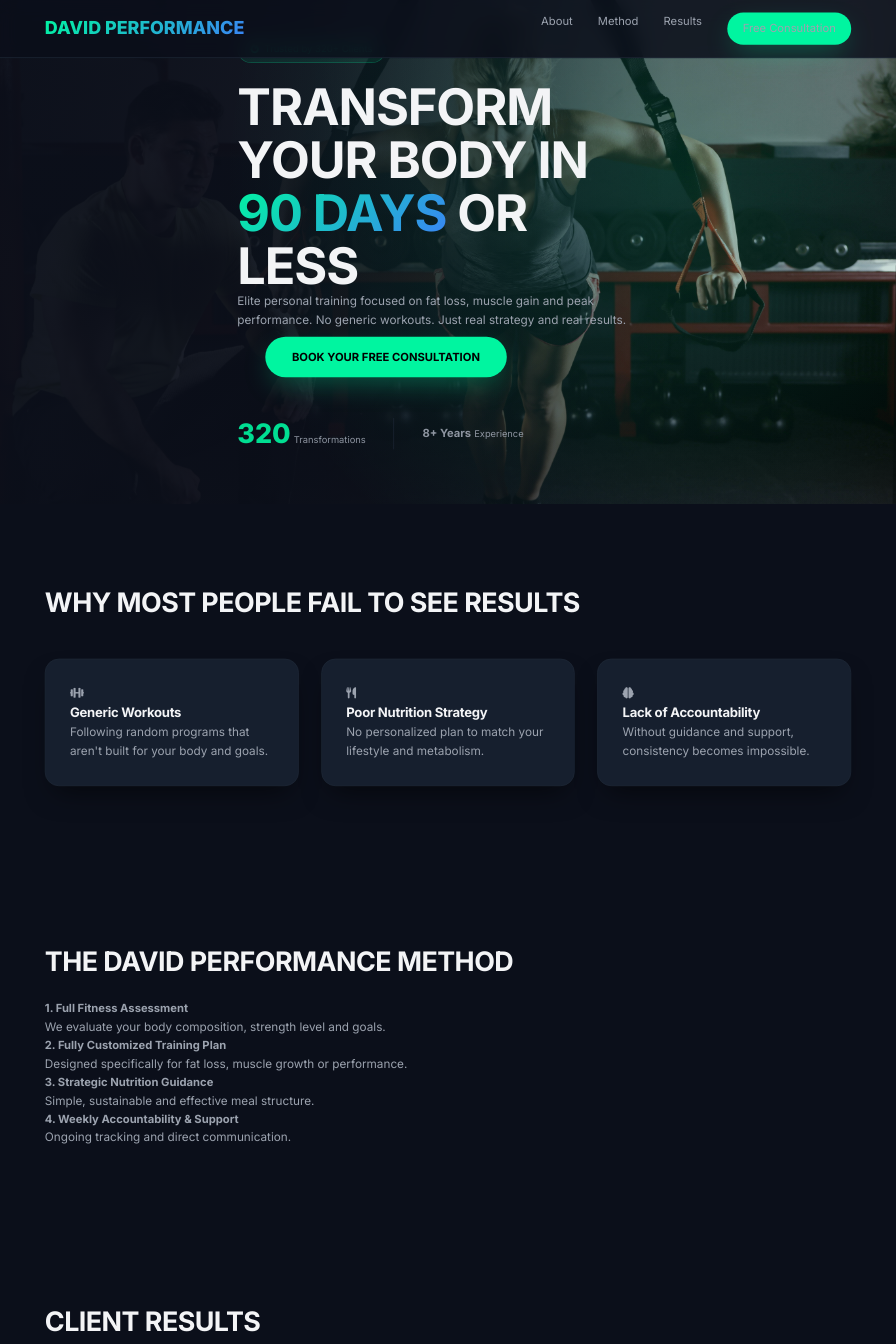
Repository: davidfsillva/Landing-page-pro
Page: index.html
An editor plug-in stored every save of this project. The page is shown before and after the next save, followed by the edit.
The browser window is 1280 px wide. The pictures show the part of the page from y = 0 to 1920 px (the page is 3387 px tall), at 70% of full size.

Above is the page before, as saved 2026-02-25 15:58:53.

### index.html
<!DOCTYPE html>
<html lang="en">
<head>
    <!-- ================= BASIC META ================= -->
    <meta charset="UTF-8">
    <meta name="viewport" content="width=device-width, initial-scale=1.0, maximum-scale=5.0">
    <meta name="robots" content="index, follow">
    <link rel="canonical" href="https://www.davidperformance.com">

    <!-- ================= SEO ================= -->
    <title>David Performance | Elite Personal Trainer</title>
    <meta name="description" content="Elite personal training focused on fat loss, muscle building and peak performance. Customized programs, strategic nutrition and real accountability. Book your free fitness consultation today.">

    <!-- ================= OPEN GRAPH ================= -->
    <meta property="og:title" content="David Performance | Transform Your Body in 90 Days">
    <meta property="og:description" content="Personalized training programs with proven results. Limited spots available.">
    <meta property="og:type" content="website">
    <meta property="og:image" content="https://placehold.co/1200x630/0B1020/00FF99?text=DAVID+PERFORMANCE">
    <meta property="og:url" content="https://www.davidperformance.com">
    <meta name="twitter:card" content="summary_large_image">

    <!-- ================= FONTS ================= -->
    <link rel="preconnect" href="https://fonts.googleapis.com">
    <link href="https://fonts.googleapis.com/css2?family=Inter:wght@300;400;600;700;800&display=swap" rel="stylesheet">

    <!-- Icons -->
    <link rel="stylesheet" href="https://cdnjs.cloudflare.com/ajax/libs/font-awesome/6.0.0-beta3/css/all.min.css">

    <!-- CSS -->
    <link rel="stylesheet" href="style.css">

    <!-- ================= PIXEL / TRACKING ================= -->
    <!-- Add Meta Pixel or Google Tag Manager here -->
</head>

<body>

<header>
    <div class="container header-flex">
        <div class="logo">DAVID PERFORMANCE</div>

        <button class="menu-toggle" id="menuToggle" aria-label="Open Menu">
            <i class="fas fa-bars"></i>
        </button>

        <nav>
            <ul class="nav-menu" id="navMenu">
                <li><a href="#about">About</a></li>
                <li><a href="#method">Method</a></li>
                <li><a href="#results">Results</a></li>
                <li><a href="#contact" class="btn btn-primary" style="padding:10px 22px;">
                    Free Consultation
                </a></li>
            </ul>
        </nav>
    </div>
</header>

<main>

<!-- ================= HERO ================= -->
<section class="hero-nova" id="home">

    <div class="hero-overlay"></div>

    <div class="container hero-content">

        <div class="hero-badge reveal">
            <i class="fas fa-fire"></i>
            Trusted by 320+ Clients
        </div>

        <h1 class="reveal">
            TRANSFORM YOUR BODY IN
            <span class="gradient-text">90 DAYS</span>
            OR LESS
        </h1>

        <p class="reveal">
            Elite personal training focused on fat loss, muscle gain and peak performance.
            No generic workouts. Just real strategy and real results.
        </p>

        <div class="hero-cta reveal">
            <a href="#contact" class="btn btn-primary btn-hero">
                BOOK YOUR FREE CONSULTATION
            </a>
        </div>

        <div class="hero-proof reveal">
            <div class="proof-item">
                <span class="counter-number" data-target="320">320</span>
                <small>Transformations</small>
            </div>

            <div class="proof-divider"></div>

            <div class="proof-item">
                <strong>8+ Years</strong>
                <small>Experience</small>
            </div>
        </div>

    </div>

</section>

<!-- ================= ABOUT ================= -->
<section id="about">
    <div class="container">
        <h2 class="reveal">WHY MOST PEOPLE FAIL TO SEE RESULTS</h2>

        <div class="cards-grid">
            <article class="card reveal">
                <i class="fas fa-dumbbell"></i>
                <h3>Generic Workouts</h3>
                <p>Following random programs that aren't built for your body and goals.</p>
            </article>

            <article class="card reveal">
                <i class="fas fa-utensils"></i>
                <h3>Poor Nutrition Strategy</h3>
                <p>No personalized plan to match your lifestyle and metabolism.</p>
            </article>

            <article class="card reveal">
                <i class="fas fa-brain"></i>
                <h3>Lack of Accountability</h3>
                <p>Without guidance and support, consistency becomes impossible.</p>
            </article>
        </div>
    </div>
</section>

<!-- ================= METHOD ================= -->
<section id="method" class="problema">
    <div class="container">
        <h2 class="reveal">THE DAVID PERFORMANCE METHOD</h2>

        <div class="solucao-item reveal">
            <strong>1. Full Fitness Assessment</strong>
            <p>We evaluate your body composition, strength level and goals.</p>
        </div>

        <div class="solucao-item reveal">
            <strong>2. Fully Customized Training Plan</strong>
            <p>Designed specifically for fat loss, muscle growth or performance.</p>
        </div>

        <div class="solucao-item reveal">
            <strong>3. Strategic Nutrition Guidance</strong>
            <p>Simple, sustainable and effective meal structure.</p>
        </div>

        <div class="solucao-item reveal">
            <strong>4. Weekly Accountability & Support</strong>
            <p>Ongoing tracking and direct communication.</p>
        </div>
    </div>
</section>

<!-- ================= RESULTS ================= -->
<section id="results">
    <div class="container">
        <h2 class="reveal">CLIENT RESULTS</h2>

        <div class="depoimentos-grid">

            <div class="depoimento-card reveal">
                <p>"I lost 28 pounds in 4 months and gained confidence I never had before."</p>
                <div class="autor">— Michael R.</div>
            </div>

            <div class="depoimento-card reveal">
                <p>"Best investment I’ve made for my health. Completely transformed my body."</p>
                <div class="autor">— Sarah T.</div>
            </div>

            <div class="depoimento-card reveal">
                <p>"Structured, professional and motivating. Results speak for themselves."</p>
                <div class="autor">— Daniel K.</div>
            </div>

        </div>
    </div>
</section>

<!-- ================= AUTHORITY ================= -->
<section>
    <div class="container">
        <h2 class="reveal">WHY TRAIN WITH ME?</h2>

        <div class="cards-grid">
            <div class="card reveal">
                <h3>Certified Trainer</h3>
                <p>Professional certification and proven methodology.</p>
            </div>

            <div class="card reveal">
                <h3>Data-Driven Approach</h3>
                <p>Training decisions based on performance metrics.</p>
            </div>

            <div class="card reveal">
                <h3>Real Accountability</h3>
                <p>You won’t do this alone. Structured follow-up every week.</p>
            </div>
        </div>
    </div>
</section>

<!-- ================= CONTACT / CTA ================= -->
<section id="contact" class="cta-final">
    <div class="container">
        <h2 class="reveal">BOOK YOUR FREE FITNESS CONSULTATION</h2>

        <p class="reveal">
            Limited availability each week for personalized coaching.
        </p>

        <form id="leadForm" class="cta-form reveal" novalidate>
            <input type="text" id="name" placeholder="Full Name" required>
            <input type="email" id="email" placeholder="Email Address" required>
            <input type="tel" id="phone" placeholder="Phone Number" required>

            <button type="submit" class="btn btn-primary">
                SCHEDULE MY CONSULTATION
            </button>

            <div id="formFeedback"></div>
        </form>
    </div>
</section>

</main>

<footer>
    <div class="container footer-grid">

        <div>
            <div class="logo" style="-webkit-text-fill-color:white;">DAVID PERFORMANCE</div>
            <p style="margin:16px 0;">
                Elite coaching for serious results.
            </p>
        </div>

        <div>
            <h4>Navigation</h4>
            <a href="#about">About</a>
            <a href="#method">Method</a>
            <a href="#results">Results</a>
        </div>

        <div>
            <h4>Legal</h4>
            <a href="#">Privacy Policy</a>
            <a href="#">Terms of Service</a>
        </div>

        <div>
            <h4>Contact</h4>
            <a href="#"><i class="fab fa-instagram"></i> @davidperformance</a>
            <a href="#"><i class="fab fa-whatsapp"></i> +1 (555) 123-4567</a>
        </div>

    </div>

    <div style="text-align:center; margin-top:40px; color:#4A5578;">
        © 2026 David Performance. All rights reserved.
    </div>
</footer>

<script src="script.js" defer></script>

</body>
</html>

### style.css
/* =======================================================
   RESET
======================================================= */
*,
*::before,
*::after {
    margin: 0;
    padding: 0;
    box-sizing: border-box;
}

:root {
    --bg-primary: #0B0F1A;
    --bg-secondary: #111827;
    --bg-card: #161F2E;

    --text-light: #F3F4F6;
    --text-dim: #9CA3AF;

    --accent-primary: #00F5A0;
    --accent-secondary: #3B82F6;
    --accent-glow: rgba(0,245,160,0.35);

    --border-color: #1F2937;

    --radius: 20px;
    --radius-lg: 28px;

    --shadow-card: 0 20px 40px -15px rgba(0,0,0,0.6);
    --shadow-strong: 0 25px 60px -20px rgba(0,245,160,0.25);

    --transition: all .35s cubic-bezier(.2,.8,.2,1);

    --font: 'Inter', sans-serif;
}

html { scroll-behavior: smooth; }

body {
    font-family: var(--font);
    background: var(--bg-primary);
    color: var(--text-dim);
    line-height: 1.6;
    -webkit-font-smoothing: antialiased;
}

/* =======================================================
   TYPOGRAPHY
======================================================= */
h1, h2, h3, h4 {
    color: var(--text-light);
    font-weight: 700;
    letter-spacing: -0.02em;
}

h1 {
    font-size: clamp(3rem, 6vw, 4.5rem);
    line-height: 1.05;
    letter-spacing: -1.5px;
}

h2 {
    font-size: clamp(1.8rem, 3vw, 2.5rem);
    margin-bottom: 1.5rem;
}

p { font-size: 1.05rem; }

.gradient-text {
    background: linear-gradient(135deg, var(--accent-primary), var(--accent-secondary));
    -webkit-background-clip: text;
    -webkit-text-fill-color: transparent;
}

/* =======================================================
   LAYOUT
======================================================= */
.container {
    width: 100%;
    max-width: 1200px;
    margin: 0 auto;
    padding: 0 24px;
}

section {
    padding: 110px 0;
}

/* =======================================================
   BUTTONS
======================================================= */
.btn {
    display: inline-flex;
    align-items: center;
    justify-content: center;
    padding: 16px 38px;
    border-radius: 50px;
    font-weight: 700;
    font-size: 1rem;
    cursor: pointer;
    transition: var(--transition);
    text-decoration: none;
    border: none;
}

.btn-primary {
    background: var(--accent-primary);
    color: #000;
    box-shadow: 0 15px 40px -10px var(--accent-glow);
}

.btn-primary:hover {
    transform: translateY(-4px);
    box-shadow: 0 25px 50px -15px var(--accent-glow);
}

/* =======================================================
   HEADER
======================================================= */
header {
    position: fixed;
    width: 100%;
    top: 0;
    z-index: 1000;
    background: rgba(11,15,26,0.85);
    backdrop-filter: blur(12px);
    border-bottom: 1px solid var(--border-color);
    padding: 18px 0;
}

.header-flex {
    display: flex;
    justify-content: space-between;
    align-items: center;
}

.logo {
    font-size: 1.6rem;
    font-weight: 800;
    background: linear-gradient(135deg, var(--accent-primary), var(--accent-secondary));
    -webkit-background-clip: text;
    -webkit-text-fill-color: transparent;
}

/* NAV DESKTOP */
.nav-menu {
    display: flex;
    list-style: none;
    gap: 36px;
}

.nav-menu a {
    text-decoration: none;
    color: var(--text-dim);
    font-weight: 500;
    transition: .3s;
}

.nav-menu a:hover {
    color: var(--accent-primary);
}

/* HAMBURGER */
.menu-toggle {
    display: none;
    font-size: 1.8rem;
    background: none;
    border: none;
    color: var(--accent-primary);
    cursor: pointer;
}

/* =======================================================
   HERO
======================================================= */
.hero-nova {
    position: relative;
    height: 100dvh;
    display: flex;
    align-items: center;
    background: url("img/pexels-pixabay-414029.jpg") center right / cover no-repeat;
    overflow: hidden;
    padding-top: 90px;
}

.hero-overlay {
    position: absolute;
    inset: 0;
    background: linear-gradient(
        90deg,
        rgba(11,15,26,0.97) 0%,
        rgba(11,15,26,0.92) 35%,
        rgba(11,15,26,0.75) 55%,
        rgba(11,15,26,0.35) 75%,
        rgba(11,15,26,0.15) 100%
    );
}

.hero-nova::after {
    content: "";
    position: absolute;
    inset: 0;
    background: radial-gradient(
        circle at 75% 35%,
        rgba(0,245,160,0.15),
        transparent 60%
    );
}

.hero-content {
    position: relative;
    z-index: 2;
    max-width: 650px;
}

/* BOTÃO MAIS À DIREITA */
.hero-cta {
    margin-top: 10px;
    margin-bottom: 50px;
    display: flex;
    justify-content: flex-start;
}

.hero-cta .btn {
    margin-left: 40px; /* move botão para direita */
}

/* BADGE */
.hero-badge {
    display: inline-flex;
    align-items: center;
    gap: 8px;
    padding: 8px 18px;
    border-radius: 50px;
    background: rgba(0,245,160,0.08);
    border: 1px solid rgba(0,245,160,0.25);
    color: var(--accent-primary);
    font-size: 0.85rem;
    margin-bottom: 25px;
}

/* PROOF */
.hero-proof {
    display: flex;
    align-items: center;
    gap: 40px;
    opacity: 0.9;
}

.counter-number {
    font-size: 2.4rem;
    font-weight: 800;
    color: var(--accent-primary);
}

.proof-divider {
    width: 1px;
    height: 45px;
    background: var(--border-color);
}

/* =======================================================
   CARDS
======================================================= */
.cards-grid {
    display: grid;
    gap: 32px;
    margin-top: 50px;
}

.card {
    background: var(--bg-card);
    padding: 35px;
    border-radius: var(--radius);
    border: 1px solid var(--border-color);
    box-shadow: var(--shadow-card);
    transition: var(--transition);
}

.card:hover {
    transform: translateY(-10px);
    border-color: var(--accent-primary);
    box-shadow: var(--shadow-strong);
}

/* =======================================================
   FOOTER
======================================================= */
footer {
    background: #05070E;
    padding: 70px 0;
    border-top: 1px solid var(--border-color);
}

.footer-grid {
    display: grid;
    gap: 40px;
}

/* =======================================================
   RESPONSIVE
======================================================= */
@media (max-width: 768px) {

    .menu-toggle {
        display: block;
    }

    .nav-menu {
        position: fixed;
        top: 80px;
        right: 0;
        width: 75%;
        height: calc(100vh - 80px);
        flex-direction: column;
        background: rgba(11,15,26,0.98);
        padding: 40px 30px;
        gap: 25px;
        transform: translateX(100%);
        transition: .4s ease;
        box-shadow: -10px 0 40px rgba(0,0,0,0.6);
    }

    .nav-menu.active {
        transform: translateX(0);
    }

    .hero-cta .btn {
        margin-left: 0; /* centraliza no mobile */
    }

    .hero-proof {
        flex-direction: column;
        align-items: flex-start;
        gap: 15px;
    }

    .proof-divider {
        display: none;
    }

    .cards-grid {
        grid-template-columns: 1fr;
    }

    .footer-grid {
        grid-template-columns: 1fr;
    }
}

@media (min-width: 769px) {

    .cards-grid {
        grid-template-columns: repeat(3, 1fr);
    }

    .footer-grid {
        grid-template-columns: 2fr 1fr 1fr 1fr;
    }
}

### script.js
(function () {
  "use strict";

  /* =====================================================
     1. MENU RESPONSIVO COM ACESSIBILIDADE
  ===================================================== */
  const menuToggle = document.getElementById("menuToggle");
  const navMenu = document.getElementById("navMenu");

  if (menuToggle && navMenu) {
    menuToggle.addEventListener("click", () => {
      const isActive = navMenu.classList.toggle("active");

      // Atualiza aria-expanded para acessibilidade
      menuToggle.setAttribute("aria-expanded", isActive);

      // Impede scroll do body quando menu aberto
      document.body.style.overflow = isActive ? "hidden" : "auto";
    });

    // Fecha menu ao clicar em link
    document.querySelectorAll(".nav-menu a").forEach(link => {
      link.addEventListener("click", () => {
        navMenu.classList.remove("active");
        menuToggle.setAttribute("aria-expanded", "false");
        document.body.style.overflow = "auto";
      });
    });
  }

  /* =====================================================
     2. SCROLL SUAVE COM OFFSET DO HEADER
  ===================================================== */
  const header = document.querySelector("header");

  document.querySelectorAll('a[href^="#"]').forEach(anchor => {
    anchor.addEventListener("click", function (e) {
      const targetId = this.getAttribute("href");
      if (targetId === "#") return;

      const target = document.querySelector(targetId);
      if (!target) return;

      e.preventDefault();

      const headerHeight = header ? header.offsetHeight : 0;
      const elementPosition = target.getBoundingClientRect().top + window.scrollY;
      const offsetPosition = elementPosition - headerHeight - 10;

      window.scrollTo({
        top: offsetPosition,
        behavior: "smooth"
      });
    });
  });

  /* =====================================================
     3. REVEAL ON SCROLL (OTIMIZADO)
  ===================================================== */
  const reveals = document.querySelectorAll(".reveal");

  if ("IntersectionObserver" in window) {
    const revealObserver = new IntersectionObserver((entries, observer) => {
      entries.forEach(entry => {
        if (entry.isIntersecting) {
          entry.target.classList.add("active");
          observer.unobserve(entry.target);
        }
      });
    }, {
      threshold: 0.15,
      rootMargin: "0px 0px -40px 0px"
    });

    reveals.forEach(el => revealObserver.observe(el));
  } else {
    // Fallback simples
    reveals.forEach(el => el.classList.add("active"));
  }

  /* =====================================================
     4. CONTADOR ANIMADO
  ===================================================== */
  const counter = document.querySelector(".counter-number");

  if (counter) {
    const target = parseInt(counter.dataset.target, 10);
    let current = 0;
    const duration = 1500;
    const startTime = performance.now();

    const animateCounter = (timestamp) => {
      const progress = Math.min((timestamp - startTime) / duration, 1);
      current = Math.floor(progress * target);
      counter.textContent = current.toLocaleString("pt-BR");

      if (progress < 1) {
        requestAnimationFrame(animateCounter);
      } else {
        counter.textContent = target.toLocaleString("pt-BR");
      }
    };

    const counterObserver = new IntersectionObserver(entries => {
      if (entries[0].isIntersecting) {
        requestAnimationFrame(animateCounter);
        counterObserver.disconnect();
      }
    }, { threshold: 0.6 });

    counterObserver.observe(counter);
  }

  /* =====================================================
     5. VALIDAÇÃO AVANÇADA + REDIRECIONAMENTO WHATSAPP
  ===================================================== */
  const form = document.getElementById("leadForm");
  const feedback = document.getElementById("formFeedback");

  if (form && feedback) {
    form.addEventListener("submit", function (e) {
      e.preventDefault();

      const nome = document.getElementById("nome").value.trim();
      const email = document.getElementById("email").value.trim();
      const telefone = document.getElementById("telefone").value.trim();
      const telDigits = telefone.replace(/\D/g, "");

      // Reset visual
      feedback.style.color = "#ff4d4d";
      feedback.textContent = "";

      /* ===== Validações ===== */

      if (nome.length < 5 || !/\s/.test(nome)) {
        feedback.textContent = "Digite nome e sobrenome corretamente.";
        return;
      }

      const emailRegex = /^[^\s@]+@[^\s@]+\.[^\s@]+$/;
      if (!emailRegex.test(email)) {
        feedback.textContent = "Digite um e-mail válido.";
        return;
      }

      if (telDigits.length < 10 || telDigits.length > 11) {
        feedback.textContent = "WhatsApp inválido. Use DDD + número.";
        return;
      }

      /* ===== Sucesso ===== */
      feedback.style.color = "#00FF99";
      feedback.textContent = "Redirecionando para o WhatsApp...";

      /* ===== Disparo de Pixel ===== */

      // Meta Pixel
      if (typeof fbq === "function") {
        fbq("track", "Lead");
      }

      // Google Ads (exemplo)
      if (typeof gtag === "function") {
        gtag("event", "conversion", {
          event_category: "Lead",
          event_label: "Form Landing"
        });
      }

      /* ===== Redirecionamento WhatsApp ===== */

      const numeroPersonal = "5511999999999"; // ⚠️ ALTERE AQUI
      const mensagem = encodeURIComponent(
        `Olá! Me chamo ${nome}.\nQuero agendar minha avaliação gratuita.\nE-mail: ${email}`
      );

      setTimeout(() => {
        window.location.href = `https://wa.me/${numeroPersonal}?text=${mensagem}`;
      }, 1200);
    });
  }

})();

After the next save:
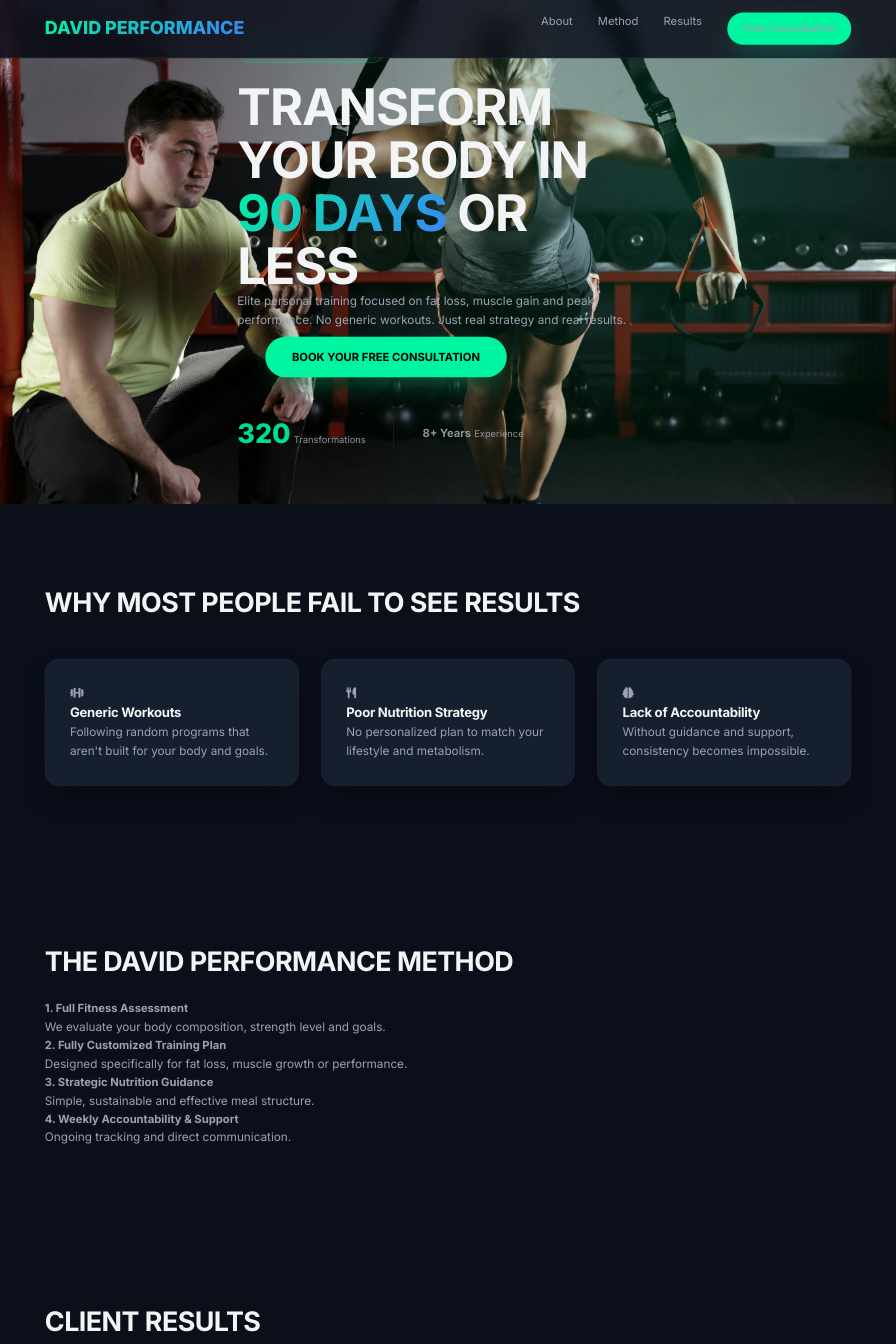
Saved 45 s later.
--- a/style.css
+++ b/style.css
@@ -184,15 +184,11 @@ header {
 }
 
 .hero-overlay {
-    position: absolute;
-    inset: 0;
     background: linear-gradient(
-        90deg,
-        rgba(11,15,26,0.97) 0%,
-        rgba(11,15,26,0.92) 35%,
-        rgba(11,15,26,0.75) 55%,
-        rgba(11,15,26,0.35) 75%,
-        rgba(11,15,26,0.15) 100%
+        270deg,
+        rgba(11,15,26,0.65) 0%,
+        rgba(11,15,26,0.35) 40%,
+        rgba(11,15,26,0.0) 70%
     );
 }
 
